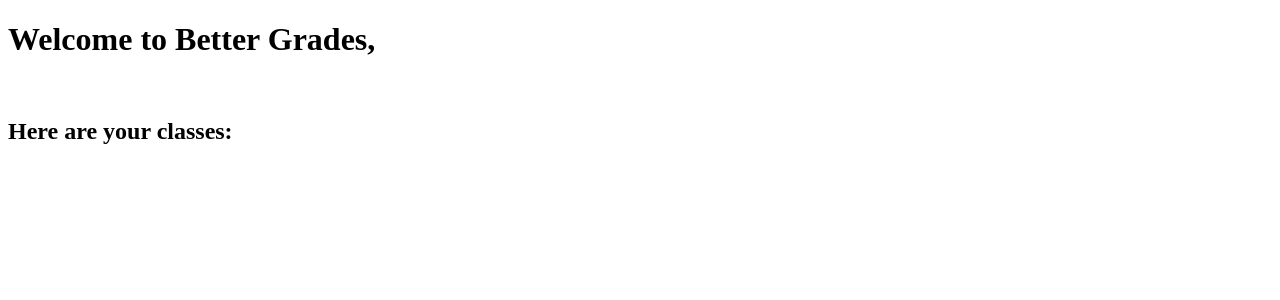
Repository: Kitty-kat-lol/Better-Grades-S3-e18
Page: http://localhost/Application/Home
The author's editor kept a copy of each file at every save. The page is drawn from the files as they stood at one save, then again after the next save.
The browser window is 1280 px wide. The pictures show the whole page.
The page is served by Tomcat 9.

Above is the page before, as saved 2018-06-16 21:56:50.

After the next save:
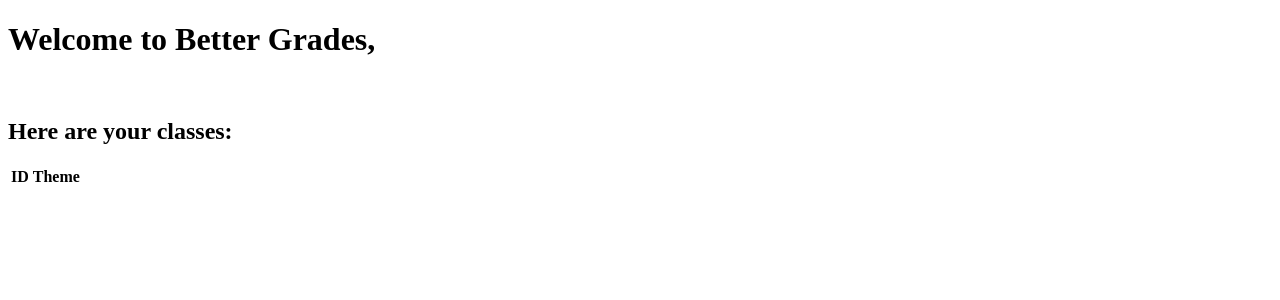
Saved 2 min 10 s later.
--- a/TestProject/Application/WebContent/Home.jsp
+++ b/TestProject/Application/WebContent/Home.jsp
@@ -18,9 +18,14 @@
 <br/>
 <h2><%
 
-
 	out.println("Here are your classes: ");
 	%></h2>
+<table>
+	<tr>
+        <th>ID</th>
+        <th>Theme</th>
+    </tr>
+    </table>
 
 
 </body>
